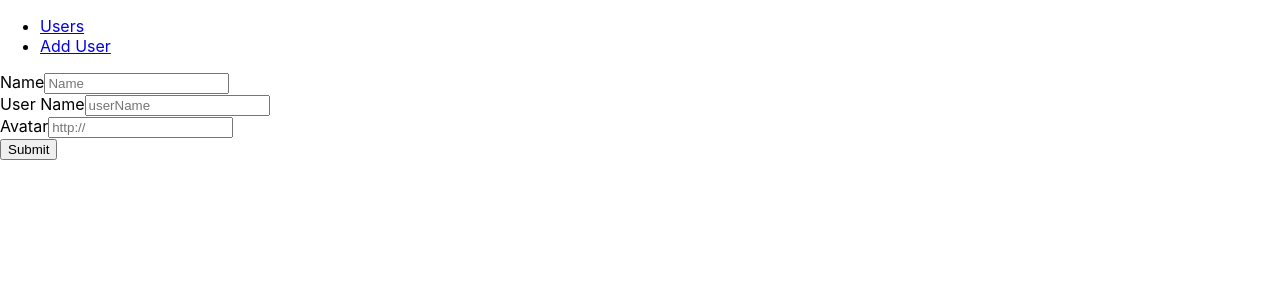
Repository: andbilous/cursor-redux-thunk
Page: /addUser
These files come from the project's save history. The page is drawn as it stood at one moment and after a run of saves; the edit follows.
The browser window is 1280 px wide. The pictures show the whole page.
The project was rebuilt for these pictures with package versions that can differ from the ones it lists, and the page was loaded fresh each time. Also part of the build but not shown: src/pages/Users.jsx.

Above is the page before, as saved 2020-04-26 18:30:44.

### src/App.js
import React from 'react';
import {
  BrowserRouter as Router,
  Switch,
  Route,
  Link
} from "react-router-dom";
import { Provider } from 'react-redux';
import { store } from './redux/store';
import {Users} from './pages/Users';
import {AddUser} from './pages/AddUser';

function App() {
  return (
    <Provider store={store}>
    <div className="App">
       <Router>
      <div>
        <nav>
          <ul>
            <li>
              <Link to="/users">Users</Link>
            </li>
            <li>
              <Link to="/addUser">Add User</Link>
            </li>

          </ul>
        </nav>
        <Switch>
          <Route path="/users">
            <Users />
          </Route>
          <Route path="/addUser">
            <AddUser />
          </Route>
        </Switch>
      </div>
    </Router>
    </div>
    </Provider>
  );
}

export default App;

### src/redux/store.js
import { applyMiddleware, createStore } from 'redux';
import logger from 'redux-logger';
import thunk from 'redux-thunk';

import { rootReducer } from './rootReducer';

const middleware = [logger,thunk];

export const store = createStore(rootReducer, applyMiddleware(...middleware));

### src/pages/AddUser.jsx
import React, { useState } from 'react'
import { connect } from 'react-redux';
import { Button, Form, FormGroup, Label, Input } from 'reactstrap';
import {addUser} from '../redux/users/actions'


const AddUser = (props) => {
  const [name,setName] = useState('');
  const [username,setUserName] = useState('');
  const [avatar,setAvatar] = useState('https://i.picsum.photos/id/23/200/300.jpg');
  return (
    <Form inline>
    <FormGroup className="mb-2 mr-sm-2 mb-sm-0">
      <Label for="name" className="mr-sm-2">Name</Label>
      <Input type="text" value={name} onChange={(e)=>setName(e.target.value)}  name="name" id="name" placeholder="Name" />
    </FormGroup>
    <FormGroup className="mb-2 mr-sm-2 mb-sm-0">
      <Label for="userName" className="mr-sm-2">User Name</Label>
      <Input value={username} onChange={(e)=>setUserName(e.target.value)}  type="text" name="userName" id="userName" placeholder="userName" />
    </FormGroup>
    <FormGroup className="mb-2 mr-sm-2 mb-sm-0">
      <Label for="avatar" className="mr-sm-2">Avatar</Label>
      <Input onChange={(e)=>setAvatar(e.target.value)} type="text" name="avatar" id="avatar" placeholder="http://" />
    </FormGroup>
    <Button onClick={
      ()=>{
        props.addUser({
          name,username,avatar
        })
    }}>Submit</Button>
  </Form>
  )
}
const AddUserContainer = connect(
  (state) => ({
     users: state.usersReducer.users
  }), (dispatch) => ({
     addUser:(data)=> dispatch(addUser(data))
  })
)(AddUser);

export {AddUserContainer as AddUser};

### src/redux/rootReducer.js
import { combineReducers } from 'redux';
import usersReducer from './users/reducer';
import tweetsReducer from './tweets/reducer'

export const rootReducer = combineReducers({
  usersReducer,tweetsReducer
});

### src/redux/users/actions.js
import types from './types';
import usersAPI from '../../API/users.api';

export const getUsers = () => async (dispatch) => {
    dispatch(getUsersStart());
    const res = await usersAPI.getUsers();
    if(res.status===200){
        dispatch(getUsersSuccess(res.data.data));
    }else{
        dispatch(getUsersFailure());
    }
};

export const addUser = (data) => async (dispatch) => {
    dispatch(addUserStartAsync());
    const res = await usersAPI.addUser(data);
    if(res) {
        if(data){
            dispatch(addUserSuccessAsync(data));
        }else{
            dispatch(addUserFailureAsync());
        }
    }};

const getUsersStart = () =>({
    type: types.GET_USERS_START
})
const getUsersSuccess = (data) =>({
    type: types.GET_USERS_SUCCESS,
    payload: data
})
const getUsersFailure = () =>({
    type: types.GET_USERS_FAILURE,
    payload: 'error'
})

const addUserStartAsync = () =>({
    type: types.ADD_USER_START
})
const addUserSuccessAsync = (data) =>({
    type: types.ADD_USER_SUCCESS,
    payload: data
})
const addUserFailureAsync = () =>({
    type: types.ADD_USER_FAILURE,
    payload: 'error'
})

### src/redux/users/reducer.js
import types from './types';


const initialState = {
    users:[],
    isLoading: false,
    error:''
}

const usersReducer = (state = initialState, action) => {
  switch (action.type) {
    case types.GET_USERS_START:
      return {
        ...state,
        isLoading: true
      };
      case types.GET_USERS_SUCCESS:
      return {
        ...state,
        isLoading: false,
        users: action.payload
      };
      case types.GET_USERS_FAILURE:
      return {
        ...state,
        isLoading: false,
        error: action.payload
      };
      case types.ADD_USER_START:
        return {
          ...state,
          isLoading: true
        };
        case types.ADD_USER_SUCCESS:
        return {
          ...state,
          isLoading: false,
          users: [...state.users,action.payload]
        };
        case types.ADD_USER_FAILURE:
        return {
          ...state,
          isLoading: false,
          error: action.payload
        };
    default:
      return state;
  }
};

export default usersReducer;

### src/redux/tweets/reducer.js
import types from './types';


const initialState = {
    tweets:[]
}

const tweetsReducer = (state = initialState, action) => {
  switch (action.type) {
    case types.GET_TWEETS_START:
      return {
        ...state,
        isLoading: true
      };
      case types.GET_TWEETS_SUCCESS:
      return {
        ...state,
        isLoading: false,
        tweets: action.payload
      };
      case types.GET_TWEETS_FAILURE:
      return {
        ...state,
        isLoading: false,
        error: action.payload
      };
      case types.ADD_TWEET_START:
        return {
          ...state,
          isLoading: true
        };
        case types.ADD_TWEET_SUCCESS:
        return {
          ...state,
          isLoading: false,
          tweets: [...state.tweets,action.payload]
        };
        case types.ADD_TWEET_FAILURE:
        return {
          ...state,
          isLoading: false,
          error: action.payload
        };
    default:
      return state;
  }
};

export default tweetsReducer;

### src/redux/users/types.js
 const types={
  GET_USERS_START:'GET_USERS_START',
  GET_USERS_SUCCESS:'GET_USERS_SUCCESS',
  GET_USERS_FAILURE:'GET_USERS_FAILURE',
  ADD_USER_START:'ADD_USER_START',
  ADD_USER_SUCCESS:'ADD_USER_SUCCESS',
  ADD_USER_FAILURE:'ADD_USER_FAILURE',
}

export default types

### src/API/users.api.js
import axios from 'axios';

const usersAPI = {
  getUsers:  async () => {
      return  await axios.get('http://77.120.108.119:9999/users')
      .then((response) => {
        return response
       }, (error) => {
         console.log(error);
       });
},
  addUser: async (data) => {
   return await axios.post('http://77.120.108.119:9999/users', {
      name: data.name,
      username: data.username,
      avatar: data.avatar
    })
    .then((response) => {
     return response
    }, (error) => {
      console.log(error);
    });
  }
}

export default usersAPI;

### src/redux/tweets/types.js
const types={
  GET_TWEETS_START:'GET_TWEETS_START',
  GET_TWEETS_SUCCESS:'GET_TWEETS_SUCCESS',
  GET_TWEETS_FAILURE:'GET_TWEETS_FAILURE',
  ADD_TWEET_START:'ADD_TWEET_START',
  ADD_TWEET_SUCCESS:'ADD_TWEET_SUCCESS',
  ADD_TWEET_FAILURE:'ADD_TWEET_FAILURE',
}

export default types

Loaded but not shown: public/index.html (common file); src/index.js (common file); src/index.css (common file); src/serviceWorker.js (common file)

After the next 3 saves:
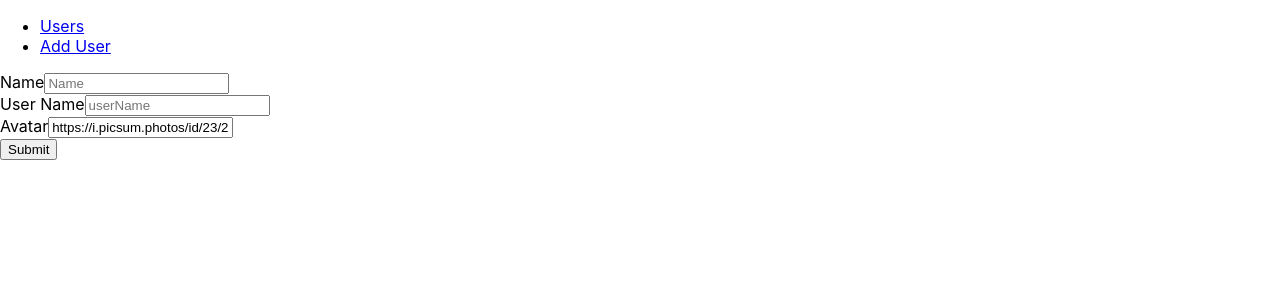
The 3 saves are shown as one change because they came seconds apart.
The last was saved 8 s later.
--- a/src/pages/AddUser.jsx
+++ b/src/pages/AddUser.jsx
@@ -20,7 +20,7 @@ const AddUser = (props) => {
     </FormGroup>
     <FormGroup className="mb-2 mr-sm-2 mb-sm-0">
       <Label for="avatar" className="mr-sm-2">Avatar</Label>
-      <Input onChange={(e)=>setAvatar(e.target.value)} type="text" name="avatar" id="avatar" placeholder="http://" />
+      <Input value={avatar} onChange={(e)=>setAvatar(e.target.value)} type="text" name="avatar" id="avatar" placeholder="http://" />
     </FormGroup>
     <Button onClick={
       ()=>{
